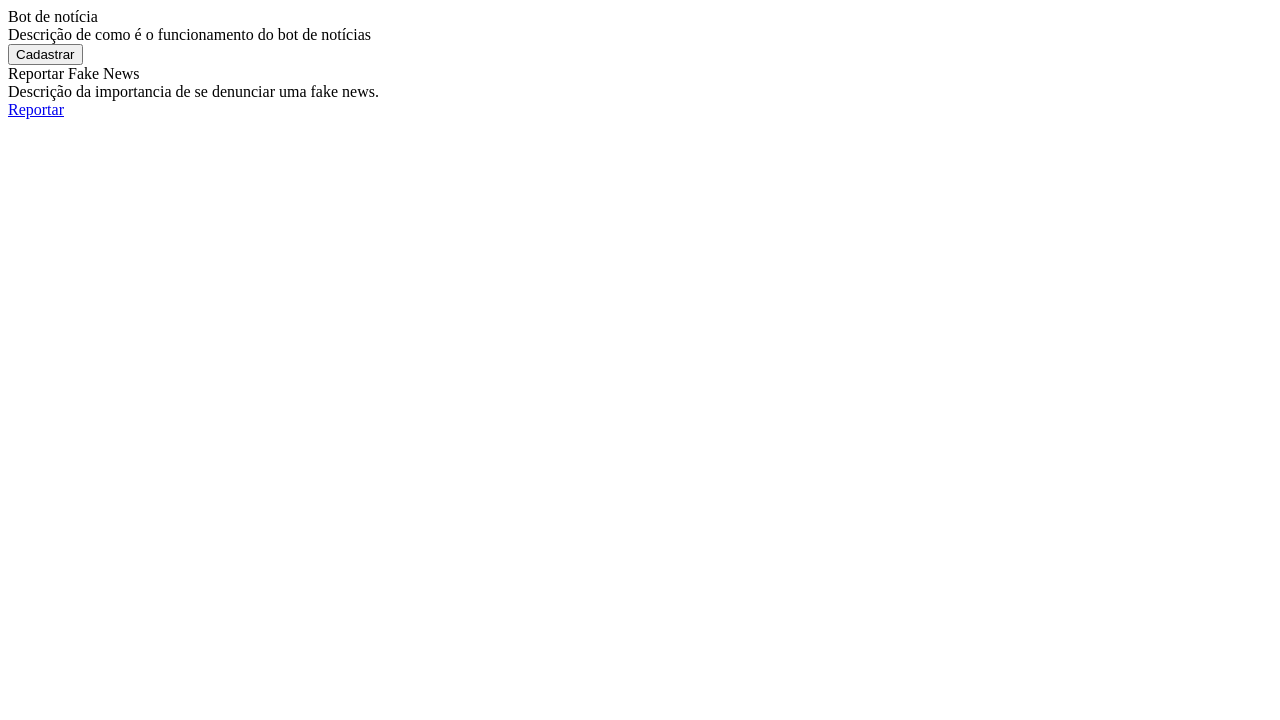
Repository: ICEI-PUC-Minas-PPLES-TI/plf-es-2021-1-ti1-7946100-04-fake-news-2
Page: Codigo/src/reportar/esquerda.html
These files come from the project's save history. The page is drawn as it stood at one moment and after the next save; the edit follows.
The browser window is 1280 px wide. The pictures show the whole page.
Some web libraries are served in a nearby version.

Above is the page before, as saved 2021-07-03 21:03:13.

### Codigo/src/reportar/esquerda.html
<body>
    <div class="left_div container" style="height: 100%;">
        <div class="inner_left">
            <div class="inner_left_title">Bot de notícia</div>
            <div class="gray_color">Descrição de como é o funcionamento do bot de notícias</div>

            <div style="display: flex;">
                <input type="button" class="button_a searchButton registerButton backButton_a" value="Cadastrar" onclick="save()">
            </div>
        </div>

        <div class="inner_left">
            <div class="inner_left_title">Reportar Fake News</div>
            <div class="gray_color">Descrição da importancia de se denunciar uma fake news.</div>

            <div style="display: flex;">
                <a href="../reportar/reportar_fn.html" class="button_a backButton_a">
                    <div class="searchButton registerButton backButton" >
                        Reportar
                    </div>
                </a>
            </div>
        </div>
    </div>
</body>

### Codigo/src/reportar/style.css
.search {
  width: 100%;
  position: relative;
  display: flex;

}
.search .label{
    margin: auto;
    padding-right: 10px;
  }


.searchBar {
  width: 90%;
  border: 3px solid #8190A5;
  padding: 5px;
  height: 30px;
  border-radius: 5px 0 0 5px;
  outline: none;
  color: #9DBFAF;
  display: block;
  margin: 0 auto;
}

.searchBar:focus{
  color: #8190A5;
}

.searchButton {
  width: 40px;
  height: 36px;
  border: 1px solid #8190A5;
  background: #8190A5;
  text-align: center;
  color: #fff;
  border-radius: 0 5px 5px 0;
  cursor: pointer;
  font-size: 20px;
}

.container{
  width: 90%;
  margin: auto;
  display: flex;
  flex-direction: column;


  background-color: #FFFFFF;
  border: 2px solid #8492A6;
  width: 612px;
}

.btn_container{
    display: flex;
    padding-top: 15px;
}

.registerButton{
    width: 150px;
    border-radius: 5px;
    height: 35px;
    vertical-align: middle;
    display: table-cell;
}
.button_a{
    text-decoration: none;
    color: white;
}

.index #list_table{
    width: 100%;
    margin: 15px 0 0 0;
}

/* ---------------  Cadastro ---------------------- */

.register_body .container{
    flex-direction: column;

}

.register_body #texto,
.register_body #motivo{
    height: 300px;
}

.register_body .button_a {
    margin: 20px 0 0 0;
}

.register_body .search{
    display: inline;
}
.register_body .search div{
    padding:10px 0;
}

.register_body .label{
    display: flex;
}
.backButton{
    padding:0px !important;
    margin-left: auto;
}
.backButton_a{
    margin-left: auto !important;
}

#list_table{
    width: 80%;
    margin: 0 auto;
    text-align: center;
    border-collapse: collapse;
}
th{
    border: 3px solid #8190A5;
}
td{
    border: 3px solid #8190A5;
}
tr{
    border: 3px solid #8190A5;
}
i{
    cursor: pointer;
}

.title_report{
    text-align: center;
    margin: 20px 0 50px 0;
    font-size: 28px;
}

.form_info{
    margin-top: 50px;
    text-align: center;
    font-size: 24px;
}

.left_div{
    width: 20%;
    margin: 0;
}

.right_div{
    width: 20%;
    margin: 0;
}

.middle_div{
    width: 80%;
    margin: 0 10px;
}
.inner_left{
    margin: 30px 10px;
}
.inner_left>div{
    margin-bottom: 30px;
}
.inner_left_title{
    font-size: 16px;
    text-align: center;
}

.gray_color{
    color: #8190A5;
}

### Codigo/src/reportar/backend.js
var content = [];
var counter = 0;
function getSite(){
    var busca = document.getElementById("search_bar").value;
    $("#list_table").html("");
    $("#list_table").html(
        "<tbody>"+
        "</tbody>"
        );
    for(var i = 0; i <= localStorage.length; i++){
        if(localStorage.getItem(i) !== null){
            var storage = JSON.parse(localStorage.getItem(i));
            if(
                storage.link.includes(busca) ||
                storage.titulo.includes(busca) ||
                storage.veiculo.includes(busca) ||
                storage.texto.includes(busca)
            ){
                $("#list_table").html(

                    "<tbody>"+
                    "</tbody>"
                    );
                for(var i = 0; i <= localStorage.length; i++){
                    if(localStorage.getItem(i) !== null){
                        var storage = JSON.parse(localStorage.getItem(i));
                        $("#list_table tbody").append("<tr style=\"border: none;>\"");
                        $("#list_table tbody").append("<td style=\"border: none; width: 8%;\"><img id=\"thumb_list"+i+"\" style=\"width: 50px;\"></img>  </td>");
                        $("#list_table tbody").append("<td style=\"border: none; width: 37%; text-align: start; padding-left: 10px;\"><div>"+storage.titulo+"</div><div class=\"gray_color\">"+storage.texto.substring(0,45)+"</div></td>");
                        $("#list_table tbody").append("<td style=\"border: none; width: 37%;\"><div class=\"gray_color\">"+storage.veiculo+"</div></td>");
                        $("#thumb_list"+i).attr("src", storage.thumb);
                        $("#list_table tbody").append("<td style=\"border: none; width: 9%;\"><i class=\"fa fa-trash-o\" onClick=\"trash_("+i+")\"></i></td>");
                    }
                }

            }
        }
    }

}

function trash(key){
    localStorage.removeItem(key);
    getSite();
}

function trash_(key){
    localStorage.removeItem(key);
    Listar_fn_usr();
}
function pencil(key){
    localStorage.setItem("to_edit", key);
    window.open("edit.html", "_self");
}

function edit(){
    let key = localStorage.getItem("to_edit");
    let to_edit = JSON.parse(localStorage.getItem(key));

    document.getElementById("link").value = to_edit.link;
    document.getElementById("titulo").value = to_edit.titulo;
    document.getElementById("texto").value = to_edit.texto;
    document.getElementById("veiculo").value = to_edit.veiculo;
    document.getElementById("isFake").checked = to_edit.checked;
    document.getElementById("assunto").value = to_edit.assunto;
    document.getElementById("motivo").value = to_edit.motivo;
    document.getElementById("revisado").value = to_edit.revisado;
    $(".imagearea")[0].firstChild.attributes.src.value = to_edit.thumb;
}


function save() {

    let link = document.getElementById("link").value;
    let titulo = document.getElementById("titulo").value;
    let texto = document.getElementById("texto").value;
    let veiculo = document.getElementById("veiculo").value;
    let fake = document.getElementById("isFake").checked;
    let assunto = "";//document.getElementById("assunto").checked;
    let motivo = "";//document.getElementById("motivo").checked;
    let thumb = $(".imagearea")[0].firstChild.attributes.src.value;
    let revisado = true;
    console.log(this.thumb_to_save);

    var values_json = {
        'link': link,
        'titulo': titulo,
        'texto': texto,
        'isFake': fake,
        'veiculo': veiculo,
        'thumb': thumb,
        'assunto': assunto,
        'motivo': motivo,
        'revisado': revisado
    }

    this.content.push(values_json);

    localStorage.setItem(this.counter, JSON.stringify(values_json));
    this.counter++;
    clearFields();
}

function save_report() {

    let link = document.getElementById("link").value;
    let titulo = "";//document.getElementById("titulo").value;
    let texto = ""; //document.getElementById("texto").value;
    let veiculo = "";//;document.getElementById("veiculo").value;
    let fake = "";//document.getElementById("isFake").checked;
    let assunto = document.getElementById("assunto").value;
    let motivo = document.getElementById("motivo").value;
    let thumb = $(".imagearea")[0].firstChild.attributes.src.value;
    let revisado = false;
    console.log(this.thumb_to_save);

    var values_json = {
        'link': link,
        'titulo': titulo,
        'texto': texto,
        'isFake': fake,
        'veiculo': veiculo,
        'thumb': thumb,
        'assunto': assunto,
        'motivo': motivo,
        'revisado': revisado
    }

    this.content.push(values_json);

    localStorage.setItem(this.counter, JSON.stringify(values_json));
    this.counter++;
    clearFields();
}

function saveOnEdit(){
    let key = localStorage.getItem("to_edit");

    let link = document.getElementById("link").value;
    let titulo = document.getElementById("titulo").value;
    let texto = document.getElementById("texto").value;
    let veiculo = document.getElementById("veiculo").value;
    let fake = document.getElementById("isFake").checked;
    let assunto = document.getElementById("assunto").value;
    let motivo = document.getElementById("motivo").value;
    let thumb = $(".imagearea")[0].firstChild.attributes.src.value;
    let revisado = true;

    var values_json = {
        'link': link,
        'titulo': titulo,
        'texto': texto,
        'isFake': fake,
        'veiculo': veiculo,
        'thumb': thumb,
        'assunto': assunto,
        'motivo': motivo,
        'revisado': revisado
    }

    localStorage.setItem(key, JSON.stringify(values_json));
    let tam = localStorage.length-1;
    localStorage.setItem("length",tam);
    clearFields();
}

function Listar(){
    $("#list_table").html(

        "<tbody>"+
        "</tbody>"
        );
    for(var i = 0; i <= localStorage.length; i++){
        if(localStorage.getItem(i) !== null){
            var storage = JSON.parse(localStorage.getItem(i));
            $("#list_table tbody").append("<tr style=\"border: none;>\"");
            $("#list_table tbody").append("<td style=\"border: none; width: 8%;\"><img id=\"thumb_list"+i+"\" style=\"width: 50px;\"></img>  </td>");
            $("#list_table tbody").append("<td style=\"border: none; width: 37%; text-align: start; padding-left: 10px;\"><div>"+storage.titulo+"</div><div class=\"gray_color\">"+storage.texto.substring(0,45)+"</div></td>");
            $("#list_table tbody").append("<td style=\"border: none; width: 37%;\"><div class=\"gray_color\">"+storage.veiculo+"</div></td>");
            $("#thumb_list"+i).attr("src", storage.thumb);
            $("#list_table tbody").append("<td style=\"border: none; width: 9%;\"><i class=\"fa fa-trash-o\" onClick=\"trash_("+i+")\"></i></td>");
        }
    }
}



function clearFields(){
    document.getElementById("link").value = "";
    document.getElementById("titulo").value = "";
    document.getElementById("texto").value = "";
    document.getElementById("veiculo").value = "";
    //document.getElementById("assunto").value = "";
    //document.getElementById("motivo").value = "";
    document.getElementById("isFake").checked = true;
    $(".imagearea")[0].firstChild.attributes.src.value = '';
}



$(document).ready(function(){
    var img = new Image();
    img.src = localStorage.theImage;

    $('.imagearea').html(img);
    console.log("alow");
    $("body").on("change",".classhere",function(){

        var fileInput = $(this)[0];
        var file = fileInput.files[0];

        var reader = new FileReader();
        reader.onload = function(e) {
             var img = new Image();
             img.src = reader.result;
             $(".imagearea").html(img);
         }

         reader.readAsDataURL(file);
      });
  });


  function Listar_fn_usr(){
    $("#list_table").html(
        "<tbody>"+
        "</tbody>"
        );
    for(var i = 0; i <= localStorage.length; i++){
        if(localStorage.getItem(i) !== null){
            var storage = JSON.parse(localStorage.getItem(i));
            if(storage.revisado || localStorage.getItem('loggedId') != null){
                $("#list_table tbody").append("<tr style=\"border: none;>\"");
                $("#list_table tbody").append("<td style=\"border: none; width: 8%;\"><img id=\"thumb_list"+i+"\" style=\"width: 50px;\"></img>  </td>");
                $("#list_table tbody").append("<td style=\"border: none; width: 37%; text-align: start; padding-left: 10px;\"><div>"+storage.titulo+"</div><div class=\"gray_color\">"+storage.texto.substring(0,45)+"</div></td>");
                $("#list_table tbody").append("<td style=\"border: none; width: 37%;\"><div class=\"gray_color\">"+storage.veiculo+"</div></td>");
                $("#thumb_list"+i).attr("src", storage.thumb);
                if(localStorage.getItem('loggedId') != null){
                    $("#list_table tbody").append("<td style=\"border: none; width: 9%;\"><i class=\"fa fa-trash-o\" onClick=\"trash_("+i+")\"></i></td>");
                }
            }
        }
    }
}

function check_logged(){
    if(localStorage.getItem('loggedId') != null){
        document.getElementById("form_adm").style.display = "block";
        document.getElementById("form_not_adm").style.display = "none";
    }
}

### Codigo/src/home/index.css
main {
  margin-top: 5px;
  margin-bottom: 5px;
}

.main {
  border: 1px solid #000;
}

.menu_lateral_esq{
  border: 1px solid #000;
  padding: 0 !important;
}

.central {
  border: 1px solid #000;
}

.menu_lateral_dir {
  border: 1px solid #000;
  padding: 0 !important;
}

### Codigo/src/home/index.js
$(function() {
  $('#header').load('../util/header.html');
  $('#footer').load('../util/footer.html');
  $('#direita').load('../reportar/direita.html');
  $('#esquerda').load('../reportar/esquerda.html');
});

window.onload = () => {
  if(localStorage.getItem('loggedId') != null ){
    document.getElementById('logout-menu').hidden = false;
    document.getElementById('login-menu').hidden = true;
  }

  document.getElementById('logout-menu').addEventListener('click', () => {
    document.getElementById('logout-menu').hidden = true;
    localStorage.removeItem('loggedId');
  });
}

function loadContent(filePath){
  console.log(filePath);
  $('#main').load(filePath);
}

After the next save:
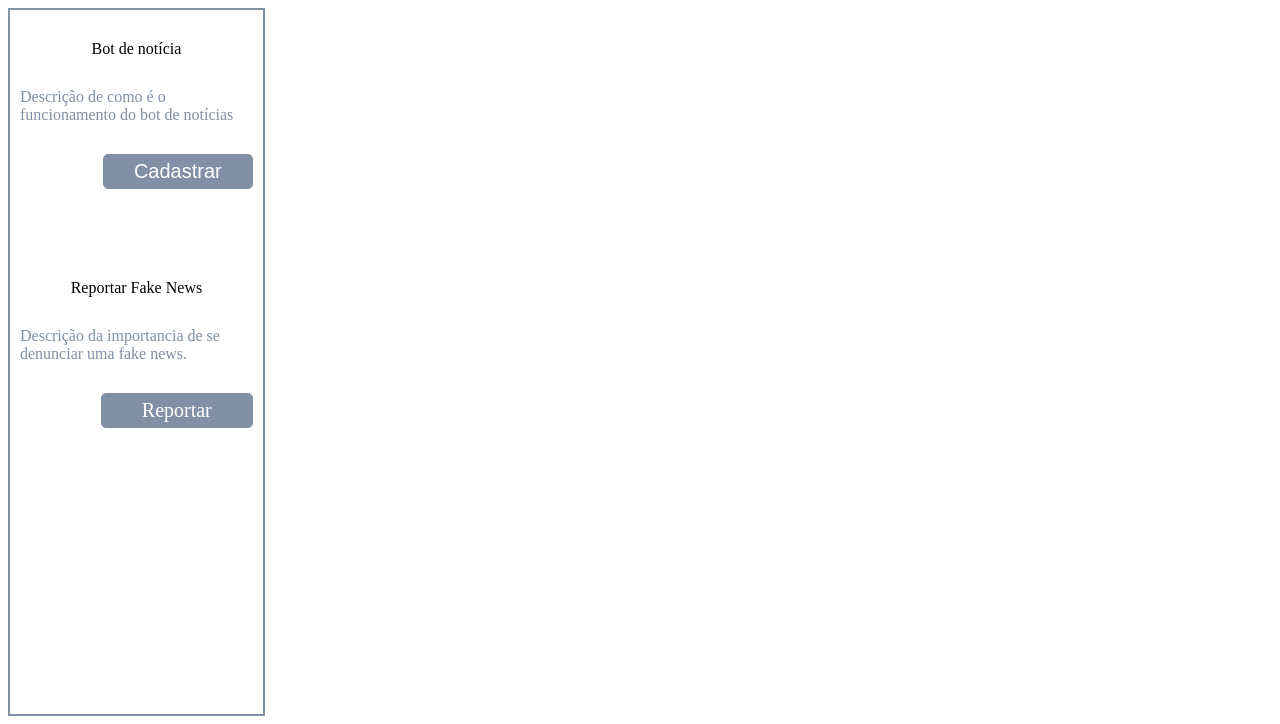
Console error: TypeError: Cannot read properties of null (reading 'addEventListener')
Saved 40 s later.
--- a/Codigo/src/reportar/esquerda.html
+++ b/Codigo/src/reportar/esquerda.html
@@ -1,3 +1,14 @@
+<head>
+    <meta charset="UTF-8" />
+    <link rel="stylesheet" href="style.css">
+    <link href="https://maxcdn.bootstrapcdn.com/font-awesome/4.1.0/css/font-awesome.min.css" rel="stylesheet">
+    <script src="https://ajax.googleapis.com/ajax/libs/jquery/2.1.3/jquery.min.js" type="text/javascript"></script>
+    <script src="backend.js"></script>
+
+    <link rel="stylesheet" href="../home/index.css">
+    <script src="https://code.jquery.com/jquery-3.6.0.min.js" integrity="sha256-/xUj+3OJU5yExlq6GSYGSHk7tPXikynS7ogEvDej/m4=" crossorigin="anonymous"></script>
+    <script src="../home/index.js"></script>
+</head>
 <body>
     <div class="left_div container" style="height: 100%;">
         <div class="inner_left">

After the save that followed:
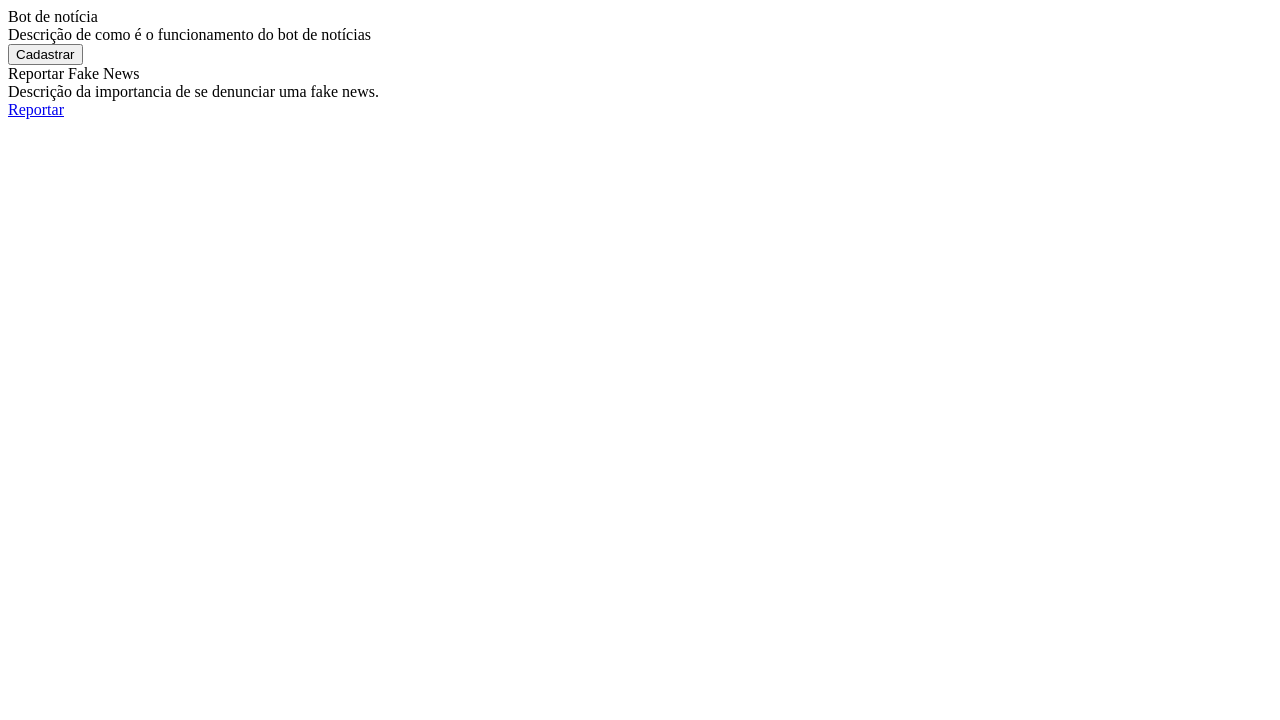
The error is gone.
Saved 10 s later.
--- a/Codigo/src/reportar/esquerda.html
+++ b/Codigo/src/reportar/esquerda.html
@@ -1,14 +1,3 @@
-<head>
-    <meta charset="UTF-8" />
-    <link rel="stylesheet" href="style.css">
-    <link href="https://maxcdn.bootstrapcdn.com/font-awesome/4.1.0/css/font-awesome.min.css" rel="stylesheet">
-    <script src="https://ajax.googleapis.com/ajax/libs/jquery/2.1.3/jquery.min.js" type="text/javascript"></script>
-    <script src="backend.js"></script>
-
-    <link rel="stylesheet" href="../home/index.css">
-    <script src="https://code.jquery.com/jquery-3.6.0.min.js" integrity="sha256-/xUj+3OJU5yExlq6GSYGSHk7tPXikynS7ogEvDej/m4=" crossorigin="anonymous"></script>
-    <script src="../home/index.js"></script>
-</head>
 <body>
     <div class="left_div container" style="height: 100%;">
         <div class="inner_left">
